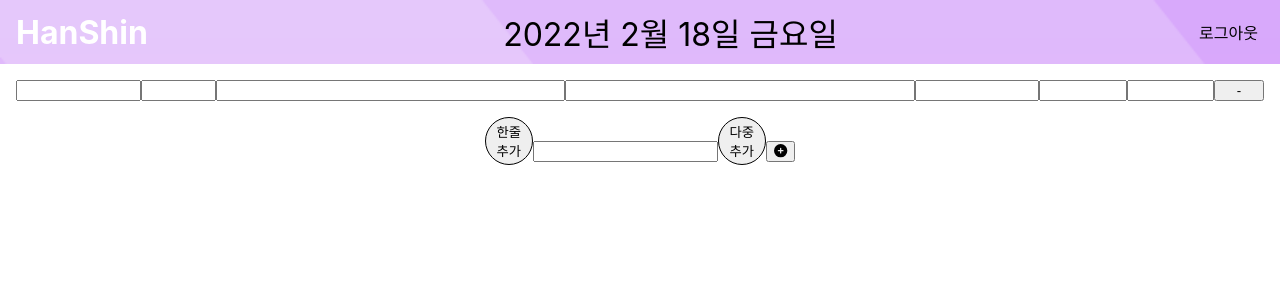
Repository: SeungYn/hanshinClient
Page: /add
An editor plug-in stored every save of this project. The page is shown before and after a run of saves, followed by the edit.
The browser window is 1280 px wide. The pictures show the whole page.
The project was rebuilt for these pictures with package versions that can differ from the ones it lists, and the page was loaded fresh each time. Also part of the build but not shown: src/App.css, src/components/item/item.jsx, src/components/package/package.module.css, src/components/package/package.jsx.

Above is the page before, as saved 2022-02-20 02:28:09.

After the next 3 saves:
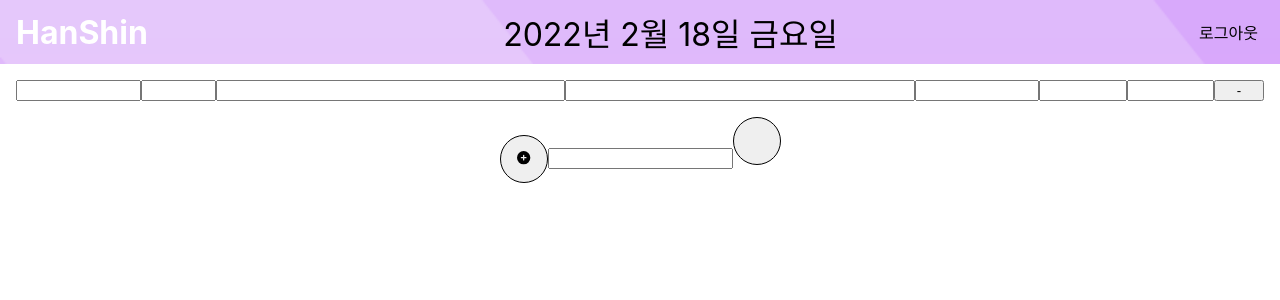
The 3 saves are shown as one change because 1 did not build or start and some came seconds apart.
The last was saved 34 s later.
--- a/src/addboxs/addBoxs.jsx
+++ b/src/addboxs/addBoxs.jsx
@@ -150,14 +150,11 @@ const AddBoxs = (props) => {
       </form>
       <div className={styles.bottomBtn}>
         <button className={styles.addBtn} onClick={onAdd}>
-          한줄추가
+          <FontAwesomeIcon icon={faCirclePlus} />
         </button>
         <input type='text' name='count' ref={countRef} />
         <button className={styles.addBtn} onClick={onMultiAdd}>
-          다중추가
-        </button>
-        <button>
-          <FontAwesomeIcon icon={faCirclePlus} />
+          <FontAwesomeIcon icon={cartPlus} />
         </button>
       </div>
     </section>
